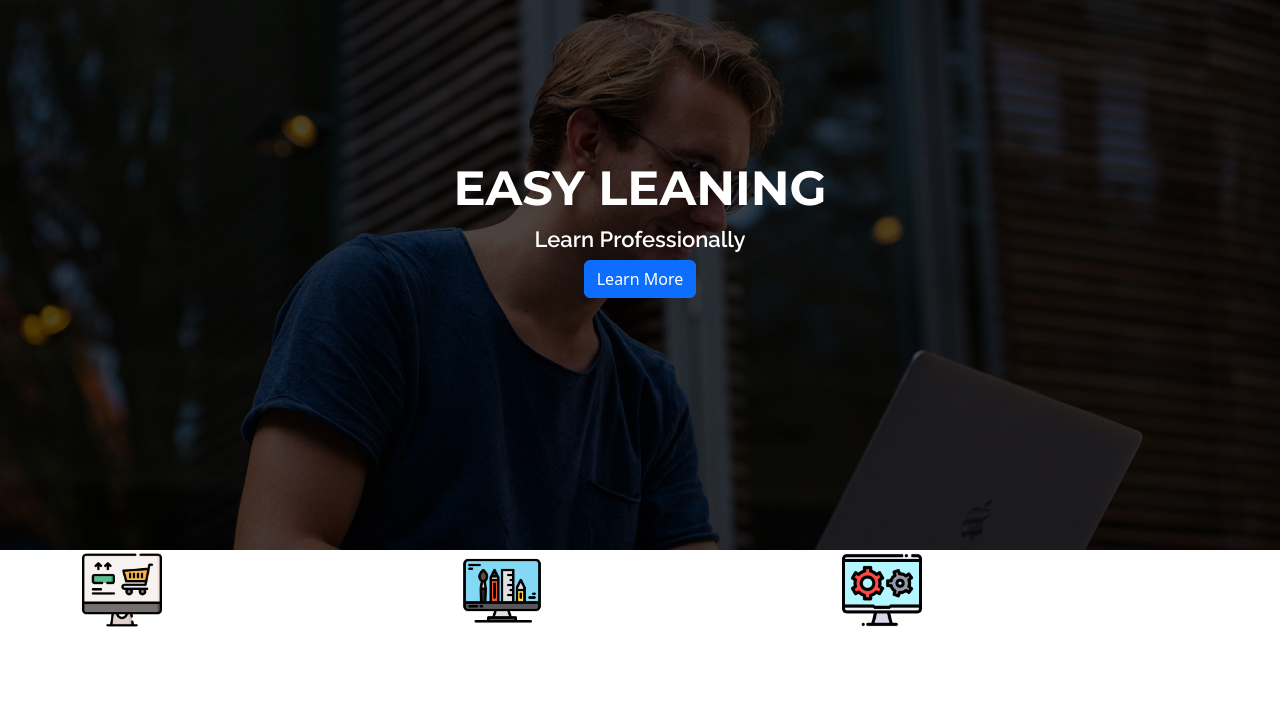
Repository: masamichan/free_video_app
Page: /
The author's editor kept a copy of each file at every save. The page is drawn from the files as they stood at one save, then again after the next save.
The browser window is 1280 px wide. The pictures show the whole page.
Backgrounds fixed to the window are drawn as part of the page. The project was rebuilt for these pictures with package versions that can differ from the ones it lists, and the page was loaded fresh each time.

Above is the page before, as saved 2023-01-22 11:37:44.

After the next save:
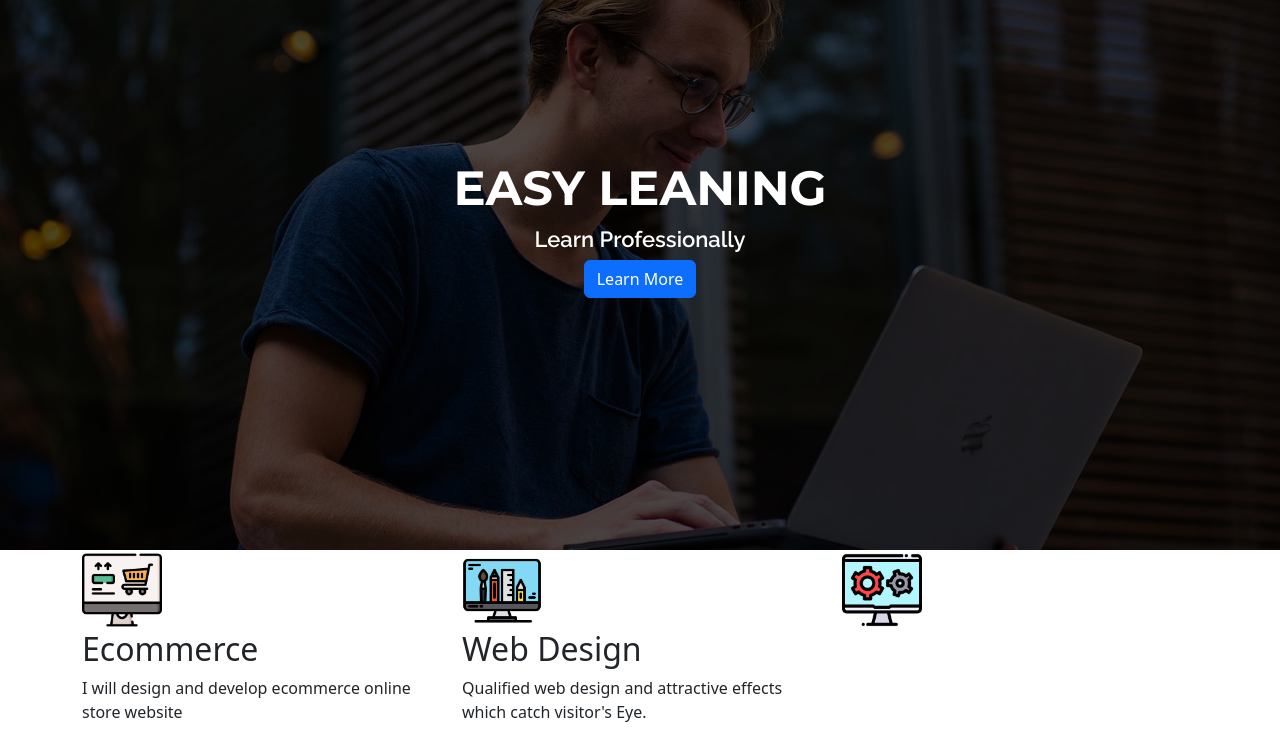
Saved 9 min 2 s later.
--- a/src/components/Services/Services.jsx
+++ b/src/components/Services/Services.jsx
@@ -13,11 +13,18 @@ export class Services extends Component {
             <Col lg={4} md={6} sm={12}>
               <div>
                 <img className="ecommerceIcon" src={ecommerceIcon} />
+                <h2>Ecommerce</h2>
+                <p>I will design and develop ecommerce online store website</p>
               </div>
             </Col>
             <Col lg={4} md={6} sm={12}>
               <div>
                 <img className="designIcon" src={designIcon} />
+                <h2>Web Design</h2>
+                <p>
+                  Qualified web design and attractive effects which catch
+                  visitor's Eye.
+                </p>
               </div>
             </Col>
             <Col lg={4} md={6} sm={12}>
